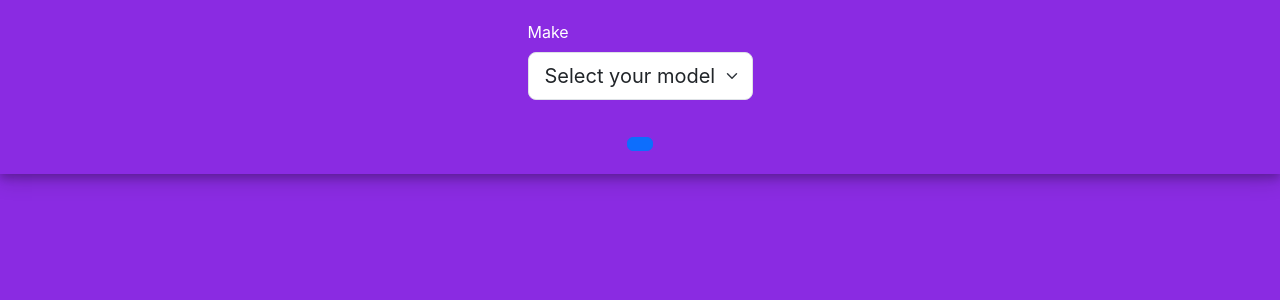
Repository: olahbold/greendoor_project
Page: /
The author's editor kept a copy of each file at every save. The page is drawn from the files as they stood at one save, then again after the next save.
The browser window is 1280 px wide. The pictures show the whole page.
The project was rebuilt for these pictures with package versions that can differ from the ones it lists, and the page was loaded fresh each time. Also part of the build but not shown: src/App.css, src/components/Colour.js, src/components/Result.js.

Above is the page before, as saved 2023-06-22 20:09:06.

### public/index.html
<!DOCTYPE html>
<html lang="en">
  <head>
    <meta charset="utf-8" />
    <link rel="icon" href="%PUBLIC_URL%/favicon.ico" />
    <meta name="viewport" content="width=device-width, initial-scale=1" />
    <meta name="theme-color" content="#000000" />
    <meta
      name="description"
      content="Web site created using create-react-app"
    />
    <link rel="apple-touch-icon" href="%PUBLIC_URL%/logo192.png" />
    <link
      rel="stylesheet"
      href="https://cdn.jsdelivr.net/npm/bootstrap@5.3.0/dist/css/bootstrap.min.css"
      integrity="sha384-9ndCyUaIbzAi2FUVXJi0CjmCapSmO7SnpJef0486qhLnuZ2cdeRhO02iuK6FUUVM"
      crossorigin="anonymous"
    />
    <!--
      manifest.json provides metadata used when your web app is installed on a
      user's mobile device or desktop. See https://developers.google.com/web/fundamentals/web-app-manifest/
    -->
    <link rel="manifest" href="%PUBLIC_URL%/manifest.json" />
    <!--
      Notice the use of %PUBLIC_URL% in the tags above.
      It will be replaced with the URL of the `public` folder during the build.
      Only files inside the `public` folder can be referenced from the HTML.

      Unlike "/favicon.ico" or "favicon.ico", "%PUBLIC_URL%/favicon.ico" will
      work correctly both with client-side routing and a non-root public URL.
      Learn how to configure a non-root public URL by running `npm run build`.
    -->
    <title>React App</title>
  </head>
  <body>
    <noscript>You need to enable JavaScript to run this app.</noscript>
    <div id="root"></div>
    <!--
      This HTML file is a template.
      If you open it directly in the browser, you will see an empty page.

      You can add webfonts, meta tags, or analytics to this file.
      The build step will place the bundled scripts into the <body> tag.

      To begin the development, run `npm start` or `yarn start`.
      To create a production bundle, use `npm run build` or `yarn build`.
    -->
  </body>
</html>

### src/index.js
import React from "react";
import ReactDOM from "react-dom/client";
import "./index.css";
import App from "./App";
import reportWebVitals from "./reportWebVitals";

import "./index.css";

const root = ReactDOM.createRoot(document.getElementById("root"));
root.render(
  <React.StrictMode>
    <App />
  </React.StrictMode>
);

// If you want to start measuring performance in your app, pass a function
// to log results (for example: reportWebVitals(console.log))
// or send to an analytics endpoint. Learn more: https://bit.ly/CRA-vitals
reportWebVitals();

### src/App.js
import "./App.css";

import React, { useState, createContext } from "react";

import Make from "./components/Make";
import Colour from "./components/Colour";
import Result from "./components/Result";
import { Button } from "react-bootstrap";

export const Wrapper = createContext({});

export default function App() {
  const [page, setpage] = useState(0);
  const [color, setColor] = useState("");
  const [make, setMake] = useState("");

  const PageClick = () => {
    setpage((cur) => cur + 1);
  };

  const Inputhandler = (e) => {
    setMake(e.target.value);
  };

  const colorInputHandler = (e) => {
    setColor(e.target.value);
  };

  return (
    <div
      style={{ backgroundColor: "blueviolet", width: "100%", height: "100vh" }}
    >
      <Wrapper.Provider
        value={{
          make,
          color,
          Inputhandler,
          colorInputHandler,
        }}
      >
        <div
          style={{
            display: "flex",
            justifyContent: "center",
            alignItems: "center",
            flexDirection: "column",
            padding: "20px",
            gap: "30px",

            boxShadow:
              "0 4px 8px 0 rgba(0, 0, 0, 0.2), 0 6px 20px 0 rgba(0, 0, 0, 0.19)",
          }}
        >
          <div>
            {page === 0 ? <Make /> : page === 1 ? <Colour /> : <Result />}
          </div>

          <div>
            <Button onClick={PageClick}>{page=== 3 ? 'Done': ''}</Button>
          </div>
        </div>
      </Wrapper.Provider>
    </div>
  );
}

### src/components/Make.js
import React, { useContext } from "react";
import { Form, FormLabel } from "react-bootstrap";
import { Wrapper } from "../App";

export default function Make() {
  const { make, Inputhandler } = useContext(Wrapper);

  return (
    <div
      style={{
        display: "flex",
        justifyContent: "center",
        alignItems: "center",
      }}
    >
      {" "}
      <Form style={{ display: "flex", flexDirection: "column" }}>
        <FormLabel style={{ color: "white" }}> Make</FormLabel>
        <Form.Select
          aria-label="Default select example"
          size="lg"
          value={make}
          onChange={Inputhandler}
        >
          <option value="">Select your model</option>
          <option value="Audi">Audi</option>
          <option value="BMW">BMW</option>
          <option value="Vauxhal">Vauxhal</option>
          <option value="Mercedes">Mercedes</option>
          <option value="Peugeot">Peugeot</option>
          <option value="Renault">Renault</option>
        </Form.Select>
      </Form>
    </div>
  );
}

Loaded but not shown: src/index.css (common file); src/reportWebVitals.js (common file)

After the next save:
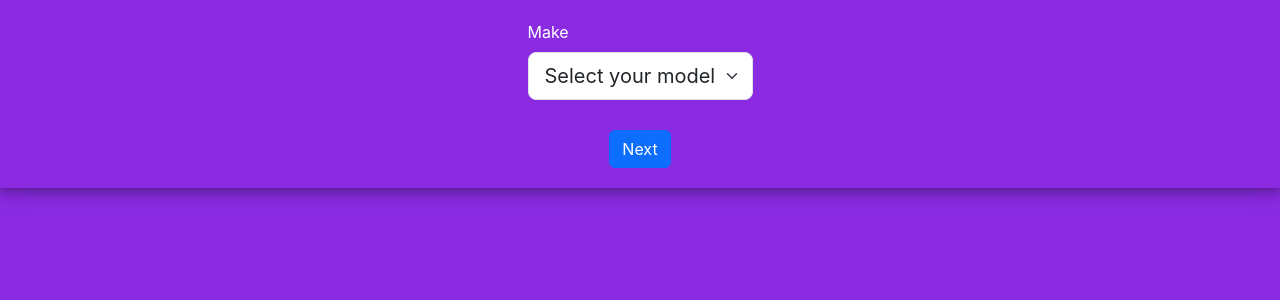
Saved 4 s later.
--- a/src/App.js
+++ b/src/App.js
@@ -56,7 +56,7 @@ export default function App() {
           </div>
 
           <div>
-            <Button onClick={PageClick}>{page=== 3 ? 'Done': ''}</Button>
+            <Button onClick={PageClick}>{page=== 3 ? 'Done': 'Next'}</Button>
           </div>
         </div>
       </Wrapper.Provider>
